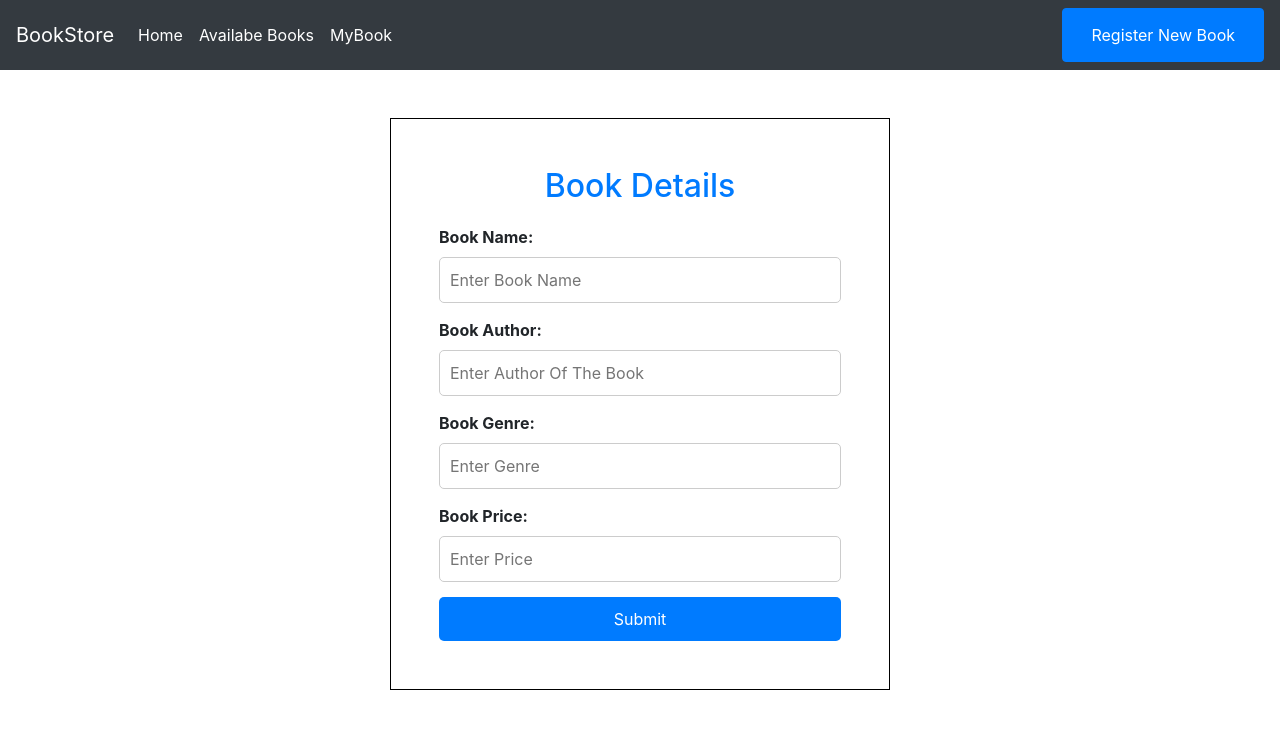
Repository: Sumanta-Sahoo/BookStoreApp
Page: bookstore/src/main/resources/static/bookRegister.html
These files come from the project's save history. The page is drawn as it stood at one moment and after the next save; the edit follows.
The browser window is 1280 px wide. The pictures show the whole page.

Above is the page before, as saved 2024-03-15 12:15:42.

### bookstore/src/main/resources/static/bookRegister.html
<!doctype html>
<html lang="en">

<head>
	<!-- Required meta tags -->
	<meta charset="utf-8">
	<meta name="viewport" content="width=device-width, initial-scale=1, shrink-to-fit=no">

	<!-- Bootstrap CSS -->
	<link rel="stylesheet" href="https://cdn.jsdelivr.net/npm/bootstrap@4.4.1/dist/css/bootstrap.min.css"
		integrity="sha384-Vkoo8x4CGsO3+Hhxv8T/Q5PaXtkKtu6ug5TOeNV6gBiFeWPGFN9MuhOf23Q9Ifjh" crossorigin="anonymous">

	<title>BookStore</title>
</head>

<body>
	<nav class="navbar navbar-expand-lg navbar-light bg-dark">
		<a class="navbar-brand text-white" href="#">BookStore</a>
		<button class="navbar-toggler" type="button" data-toggle="collapse" data-target="#navbarSupportedContent"
			aria-controls="navbarSupportedContent" aria-expanded="false" aria-label="Toggle navigation">
			<span class="navbar-toggler-icon"></span>
		</button>

		<div class="collapse navbar-collapse" id="navbarSupportedContent">
			<ul class="navbar-nav mr-auto">
				<li class="nav-item active">
					<a class="nav-link text-white" href="#">Home<span class="sr-only">(current)</span></a>
				</li>
				<li class="nav-item">
					<a class="nav-link text-white" href="availabe_books">Availabe Books</a>
				</li>
				<li class="nav-item">
					<a class="nav-link text-white" href="my_books">MyBook</a>
				</li>
			</ul>
			<div>
				<button type="button" class="btn btn-primary"><a class="nav-link text-white"
						href="bookRegister">Register New Book</a></button>
			</div>

		</div>
	</nav>

	<div class="container my-5 p-5" style="border:1px solid black; width: 500px;">

		<h2 class="text-center" style="margin-bottom: 20px; color: #007bff;">Book Details</h2>

		<form>
			<div style="margin-bottom: 15px;">
				<label for="bookName" style="display: block; font-weight: bold;">Book Name:</label>
				<input type="text" id="bookName" name="bookName" placeholder="Enter Book Name"
					style="width: 100%; padding: 10px; font-size: 16px; border-radius: 5px; border: 1px solid #ccc; box-sizing: border-box;">
			</div>

			<div style="margin-bottom: 15px;">
				<label for="bookAuthor" style="display: block; font-weight: bold;">Book Author:</label>
				<input type="text" id="bookAuthor" name="bookAuthor"  placeholder="Enter Author Of The Book"
					style="width: 100%; padding: 10px; font-size: 16px; border-radius: 5px; border: 1px solid #ccc; box-sizing: border-box;">
			</div>

			<div style="margin-bottom: 15px;">
				<label for="bookGenre" style="display: block; font-weight: bold;">Book Genre:</label>
				<input type="text" id="bookGenre" name="bookGenre"placeholder="Enter Genre"
					style="width: 100%; padding: 10px; font-size: 16px; border-radius: 5px; border: 1px solid #ccc; box-sizing: border-box;">
			</div>

			<div style="margin-bottom: 15px;">
				<label for="bookPrice" style="display: block; font-weight: bold;">Book Price:</label>
				<input type="text" id="bookPrice" name="bookPrice" placeholder="Enter Price"
					style="width: 100%; padding: 10px; font-size: 16px; border-radius: 5px; border: 1px solid #ccc; box-sizing: border-box;">
			</div>

			<button type="submit"
				style="display: block; width: 100%; padding: 10px; font-size: 16px; border: none; border-radius: 5px; background-color: #007bff; color: #fff; cursor: pointer; transition: background-color 0.3s;">
				Submit
			</button>
		</form>
	</div>
	<!--
	<form>
		<div class="form-group">
			<label for="exampleInputEmail1">Email address</label>
			<input type="email" class="form-control" id="exampleInputEmail1" aria-describedby="emailHelp"
				placeholder="Enter email">
			<small id="emailHelp" class="form-text text-muted">We'll never share your email with anyone else.</small>
		</div>
		<div class="form-group">
			<label for="exampleInputPassword1">Password</label>
			<input type="password" class="form-control" id="exampleInputPassword1" placeholder="Password">
		</div>
		<div class="form-check">
			<input type="checkbox" class="form-check-input" id="exampleCheck1">
			<label class="form-check-label" for="exampleCheck1">Check me out</label>
		</div>
		<button type="submit" class="btn btn-primary">Submit</button>
	</form> -->

	<!-- Optional JavaScript -->
	<!-- jQuery first, then Popper.js, then Bootstrap JS -->
	<script src="https://code.jquery.com/jquery-3.4.1.slim.min.js"
		integrity="sha384-J6qa4849blE2+poT4WnyKhv5vZF5SrPo0iEjwBvKU7imGFAV0wwj1yYfoRSJoZ+n"
		crossorigin="anonymous"></script>
	<script src="https://cdn.jsdelivr.net/npm/popper.js@1.16.0/dist/umd/popper.min.js"
		integrity="sha384-Q6E9RHvbIyZFJoft+2mJbHaEWldlvI9IOYy5n3zV9zzTtmI3UksdQRVvoxMfooAo"
		crossorigin="anonymous"></script>
	<script src="https://cdn.jsdelivr.net/npm/bootstrap@4.4.1/dist/js/bootstrap.min.js"
		integrity="sha384-wfSDF2E50Y2D1uUdj0O3uMBJnjuUD4Ih7YwaYd1iqfktj0Uod8GCExl3Og8ifwB6"
		crossorigin="anonymous"></script>
</body>

</html>

After the next save:
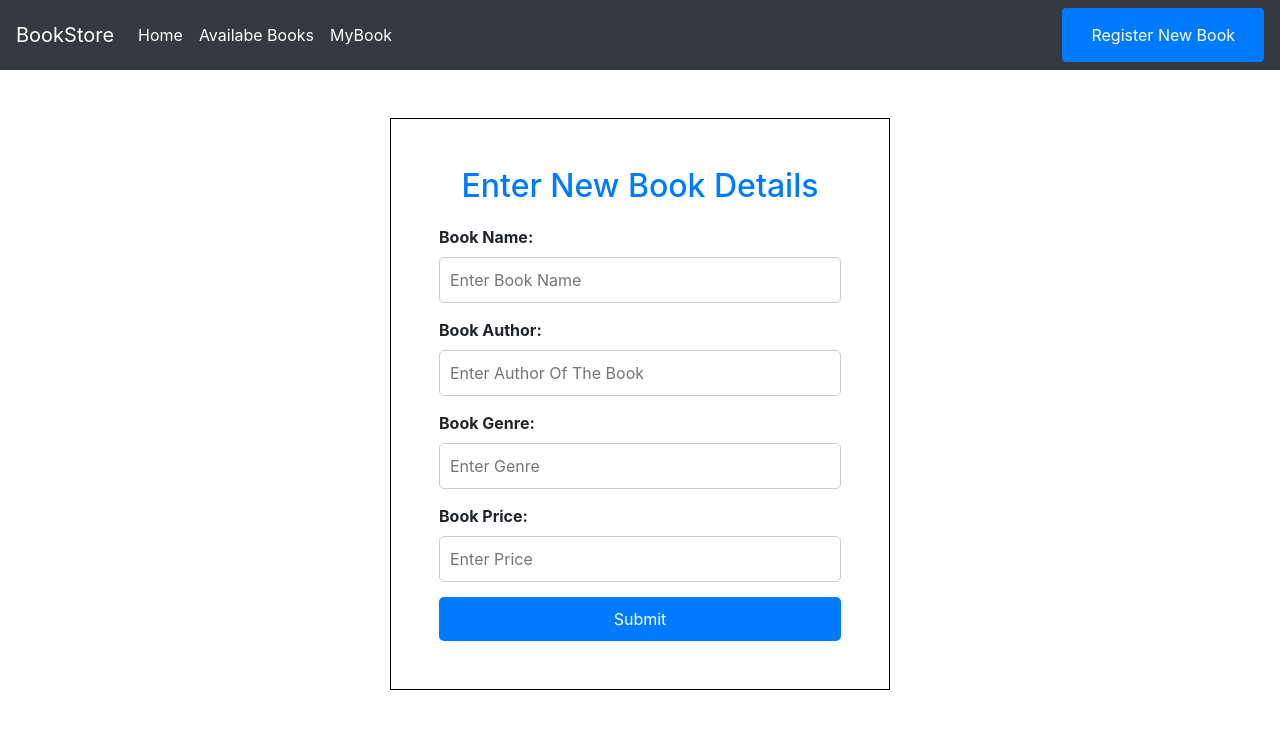
Saved 24 s later.
--- a/bookstore/src/main/resources/static/bookRegister.html
+++ b/bookstore/src/main/resources/static/bookRegister.html
@@ -43,7 +43,7 @@
 
 	<div class="container my-5 p-5" style="border:1px solid black; width: 500px;">
 
-		<h2 class="text-center" style="margin-bottom: 20px; color: #007bff;">Book Details</h2>
+		<h2 class="text-center" style="margin-bottom: 20px; color: #007bff;">Enter New Book Details</h2>
 
 		<form>
 			<div style="margin-bottom: 15px;">
